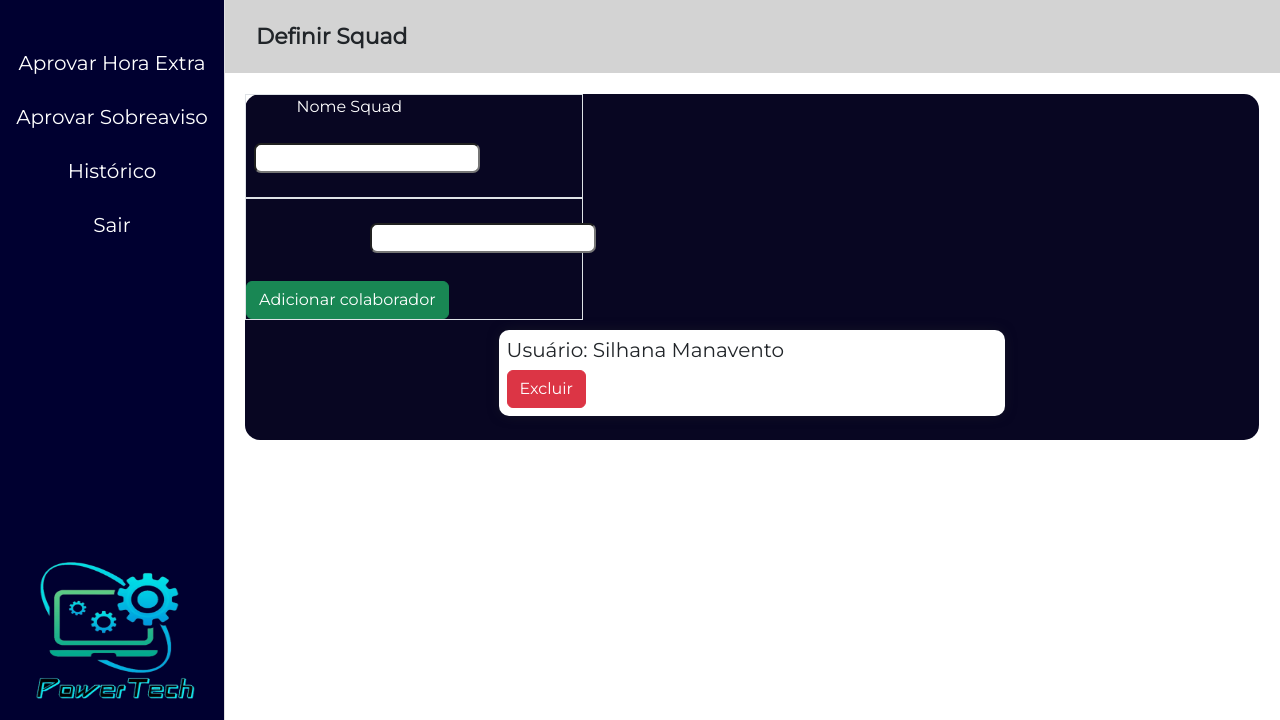
Repository: PowerTech-Fatec/API-2RP-NET
Page: /adm/squad (app in Sprint 3/2rp-web/)
An editor plug-in stored every save of this project. The page is shown before and after the next save, followed by the edit.
The browser window is 1280 px wide. The pictures show the whole page.
The project was rebuilt for these pictures with package versions that can differ from the ones it lists, and the page was loaded fresh each time. Also part of the build but not shown: Sprint 3/2rp-web/src/pages/login/login.js, Sprint 3/2rp-web/src/pages/home/dashboard.js, Sprint 3/2rp-web/src/pages/home/sobreaviso/sobreaviso.css, Sprint 3/2rp-web/src/pages/home/sobreaviso/sobreaviso.js, Sprint 3/2rp-web/src/pages/home/hora-extra/hora-extra.css, Sprint 3/2rp-web/src/pages/home/hora-extra/hora-extra.js, Sprint 3/2rp-web/src/components/cards/Cards.js, Sprint 3/2rp-web/src/pages/home/gestor/aprovar-hora-extra/gestor.js and 3 more.

Above is the page before, as saved 2022-11-02 16:28:22.

### Sprint 3/2rp-web/src/index.js
import React from 'react';
import ReactDOM from 'react-dom/client';
import './index.css';
import App from './App';
import reportWebVitals from './reportWebVitals';
import { BrowserRouter } from 'react-router-dom';
import 'bootstrap/dist/css/bootstrap.min.css';
import 'bootstrap-icons/font/bootstrap-icons.css';

import Popper from '@popperjs/core';
import 'bootstrap/dist/js/bootstrap.bundle.min';

const root = ReactDOM.createRoot(document.getElementById('root'));
root.render(
  <BrowserRouter>
    <App />
  </BrowserRouter>
);

// If you want to start measuring performance in your app, pass a function
// to log results (for example: reportWebVitals(console.log))
// or send to an analytics endpoint. Learn more: https://bit.ly/CRA-vitals
reportWebVitals();

### Sprint 3/2rp-web/src/App.js
import React from 'react'
import './App.css';
import { Routes, Route } from 'react-router-dom'
import Login from './pages/login/login'
import Dashboard from './pages/home/dashboard'
import Sobreaviso from './pages/home/sobreaviso/sobreaviso'
import HoraExtra from './pages/home/hora-extra/hora-extra'
import Gestor from './pages/home/gestor/aprovar-hora-extra/gestor'
import GestorSobreaviso from './pages/home/gestor/aprovar-sobreaviso/gestor-sobreaviso'
import GestorHistorico from './pages/home/gestor/historico/gestor-historico'
import Squad from './pages/home/adm/squad/def-squad'

function App() {
  return (
    <Routes>
      <Route path='/login' element={<Login />} />
      <Route path='/dashboard' element={<Dashboard />} />
      <Route path='/horaextra' element={<HoraExtra />} />
      <Route path='/sobreaviso' element={<Sobreaviso />} />
      <Route path='/gestor' element={<Gestor />} />
      <Route path='/gestor-sobreaviso' element={<GestorSobreaviso />} />
      <Route path='/gestor-historico' element={<GestorHistorico />} />
      <Route path='/adm/squad' element={<Squad />} />
      <Route path='*' element={<Login />} />
    </Routes>

  );
}

export default App;

### Sprint 3/2rp-web/src/App.css
@font-face {
    font-family: 'Montserrat';
    src: url(./assets/fonts/Montserrat-Regular.ttf);
}

*{
    font-family: 'Montserrat';
}

.ml-1{margin-left: 0.25rem;}
.ml-2{margin-left: 0.5rem;}
.ml-3{margin-left: 0.75rem;}
.ml-4{margin-left: 1rem;}
.ml-5{margin-left: 1.25rem;}

### Sprint 3/2rp-web/src/pages/home/adm/squad/def-squad.js
import Sidebar from "../../../../components/sidebar"
import Header from "../../../../components/header/header";
import Card from "../../../../components/cards/Squad"
import './def-squad.css'

import React, { Component, useEffect, useState } from 'react';


function Squad() {
    return (
        <Sidebar>
          <Header nome="Definir Squad"></Header>

          {/* linha 1: solitações, filtro */}
          <div className="background">

            <div>
            <div className="border col-4">
            <span className="soli">
            <label className="font">Nome Squad</label> <input className="squad-name mt-4 mb-4 ml-2"></input>
            </span>
            </div>


            <div className="border col-4">
            <span className="filtroLabel">
            <input className="squad-name mt-4 mb-4"></input><button type="button" class="btn btn-success mt-1">Adicionar colaborador</button>
            </span>
            </div>


            {/* card info hora extra */}
            <div className="d-flex flex-column aling-itens-center">
            <Card
              Usuario = " Silhana Manavento"
            />

            </div>


            </div>

          </div>
        </Sidebar>
    )
}

export default Squad

### Sprint 3/2rp-web/src/pages/login/login.css
.login{
    background: #090d23
    ;
}
.fundo{
    background-color: #090d23;
    width: 300px;
    height: 50px;
    color: #fff;
}
.fundoback{
    background-color: #262d28;
}
.fundocolor{
    background-color: #090d23;
}
.background{
    background-color: #9A9696;
}
.height{
    height: 100vh;

}
.tpm{
    margin-top: 150px;
}
.input{
    width: 350px;
    height: 40px;
}
.marg{
    margin-top: 100px;
    margin-left: 180px;
}
.svg{
    margin-top: 3px;
}

### Sprint 3/2rp-web/src/components/sidebar.js
import { Drawer, useTheme } from '@mui/material'
import { Box } from '@mui/system'
import './Sidebar.css'
import { Link } from 'react-router-dom'

import React from 'react'

function Sidebar({ children }) {
    const theme = useTheme();




    return (
        <>

            <Drawer variant='permanent'>
                <Box width={theme.spacing(28)} height={theme.spacing(100)} className ='side-bar  '>
                     <div className='texto mt-5'>

                                {/* <Link to='/dashboard' className ='side-links mt-4'>
                                    Dashboard
                                </Link>
                                <Link to='/horaextra' className ='side-links mt-4'>
                                    Apontar Hora Extra
                                </Link>
                                <Link to='/sobreaviso' className ='side-links mt-4' >
                                    Apontar Sobreaviso
                                </Link> */}

                                {/* Associar a lista de link */}
                                {/* <Link to='/gestor-dashboard' className ='side-links mt-4' >
                                    Dashboard
                                </Link> */}
                                <Link to='/gestor' className ='side-links mt-4' >
                                        Aprovar Hora Extra
                                </Link>
                                <Link to='/gestor-sobreaviso' className ='side-links mt-4' >
                                    Aprovar Sobreaviso
                                </Link>
                                <Link to='/gestor-historico' className ='side-links mt-4' >
                                    Histórico
                                </Link>


                                <Link to='/login' className ='side-links mt-4' >
                                    Sair
                                </Link>

                    </div>
                    <div className='footer'>
                        <img src={require('../assets/powertech.png')} height='140px' width='160px' />
                    </div>
                </Box>
            </Drawer>

            <Box height="100vh" marginLeft={theme.spacing(28)}>
                {children}
            </Box>
        </>
    );
}

export default Sidebar

### Sprint 3/2rp-web/src/components/header/header.js
import './header.css'

import React from 'react'

function Header(props) {

    return (
        <>
            <div className='bg-title'>
                <span className='title'>{props.nome}</span>
            </div>
        </>
    );
}

export default Header

### Sprint 3/2rp-web/src/pages/home/gestor/aprovar-hora-extra/gestor.css
.background{
    margin-top: 2%;
    margin-left: 2%;
    margin-right: 2%;
    border-radius: 15px;

    background-color: #080622;
}

/* .filtro{
    width: 20%;
} */

/* /* .soli{
    margin-left: 15%;
} */

.filtroLabel{
    margin-left: 37%;
} */

.font{
    color: white;
}

### Sprint 3/2rp-web/src/pages/home/gestor/aprovar-sobreaviso/gestor-sobreaviso.css
.background{
    margin-top: 2%;
    margin-left: 2%;
    margin-right: 2%;
    border-radius: 15px;

    background-color: #080622;
}

.filtro{
    width: 20%;
}

.soli{
    margin-left: 15%;
}

.filtroLabel{
    margin-left: 37%;
}

.font{
    color: white;
}

### Sprint 3/2rp-web/src/pages/home/gestor/historico/gestor-historico.css
.background{
    margin-top: 2%;
    margin-left: 2%;
    margin-right: 2%;
    border-radius:   15px;

    background-color: #080622;
}

.filtro{
    width: 20%;
}

.soli{
    margin-left: 15%;
}

.filtroLabel{
    margin-left: 37%;
}

.font{
    color: white;
}

### Sprint 3/2rp-web/src/components/cards/Squad.js
import React from "react";
import './Squad.css'

function Card(props) {
    return(
        <div className="card-container mb-4 col-6 offset-3">
            <div className="card-content">

            <div className="card-title ml-2 mt-2">
                <span>
                <h5>Usuário: {props.Usuario}</h5>
                <button type="button" class="btn btn-danger mb-2">Excluir</button>
                </span>
            </div>

            </div>

        </div>
    )
}

export default Card

### Sprint 3/2rp-web/src/pages/home/adm/squad/def-squad.css
.background{
    margin-top: 2%;
    margin-left: 2%;
    margin-right: 2%;
    border-radius: 15px;

    background-color: #080622;
}

.filtro{
    width: 20%;
}

.soli{
    margin-left: 15%;
}

.filtroLabel{
    margin-left: 37%;
}

.font{
    color: white;
}

.squad-name{
    border-radius: 7px;
}

### Sprint 3/2rp-web/src/components/Sidebar.css
.side-links {
    color: #fff;
    text-decoration: none;
    font-size: 20px;
    display: flex;
    justify-content: center;
}

.side-bar {
    background-color: #000030;
}

.footer{
    margin-bottom: 20px;
    margin-left: 35px;
    position: absolute;
    bottom: 0;
}

### Sprint 3/2rp-web/src/components/header/header.css
.bg-title{
    background-color: lightgray;
    padding: 20px 0px;
}

.title{
    font-size: 22px;
    font-weight: bold;
    margin-left: 2rem;
}

### Sprint 3/2rp-web/src/components/cards/Cards.css
.card-container{
    width: 900px;
    overflow: hidden;
    box-shadow: 0px 0px 15px -5px;
    border-radius: 10px;
    /* margin-left: 15%; */
    margin-top: 10px;

    background-color: white;
}

### Sprint 3/2rp-web/src/components/cards/Squad.css
.card-container{
    width: 600px;
    overflow: hidden;
    box-shadow: 0px 0px 15px -5px;
    border-radius: 10px;
    /* margin-left: 15%; */
    margin-top: 10px;

    background-color: white;
}

Loaded but not shown: Sprint 3/2rp-web/public/index.html (common file); Sprint 3/2rp-web/src/index.css (common file); Sprint 3/2rp-web/src/reportWebVitals.js (common file)

After the next save:
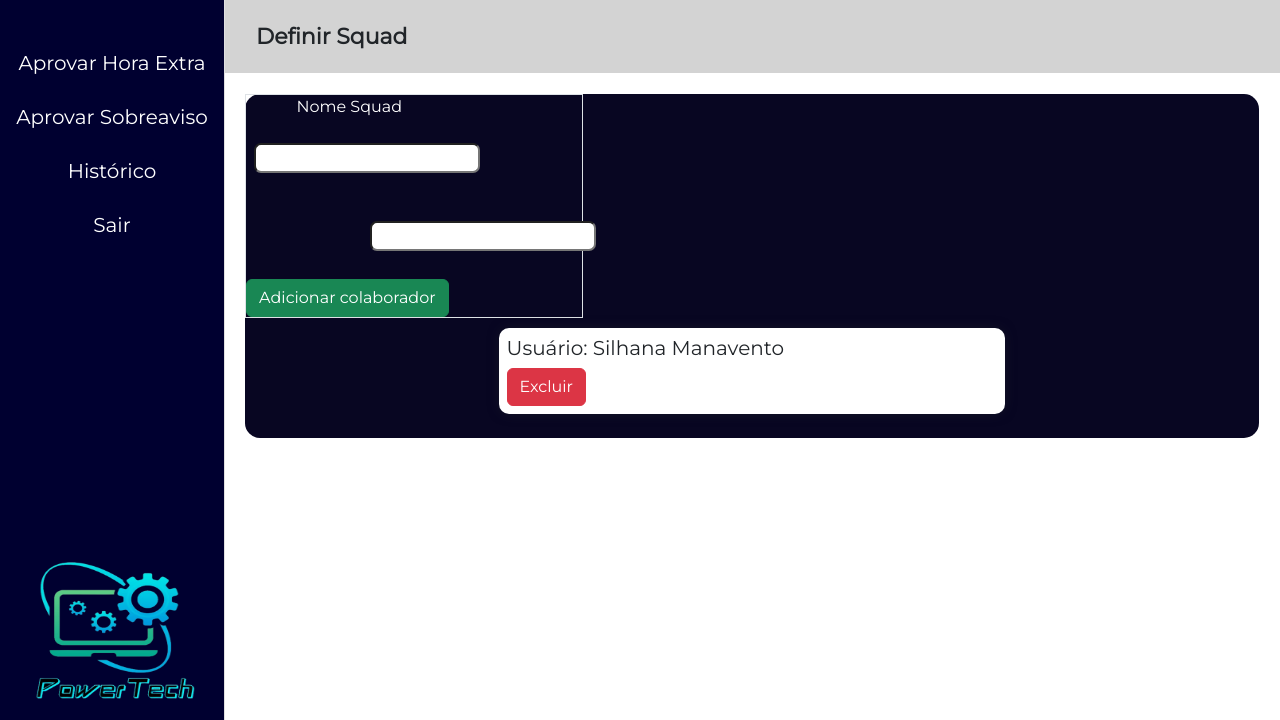
Saved 53 s later.
--- a/Sprint 3/2rp-web/src/pages/home/adm/squad/def-squad.js
+++ b/Sprint 3/2rp-web/src/pages/home/adm/squad/def-squad.js
@@ -12,17 +12,17 @@ function Squad() {
           <Header nome="Definir Squad"></Header>
 
           {/* linha 1: solitações, filtro */}
-          <div className="background">
+          <div className="background d-flex flex-column aling-itens-center">
 
             <div>
             <div className="border col-4">
             <span className="soli">
             <label className="font">Nome Squad</label> <input className="squad-name mt-4 mb-4 ml-2"></input>
             </span>
-            </div>
 
 
-            <div className="border col-4">
+
+
             <span className="filtroLabel">
             <input className="squad-name mt-4 mb-4"></input><button type="button" class="btn btn-success mt-1">Adicionar colaborador</button>
             </span>
